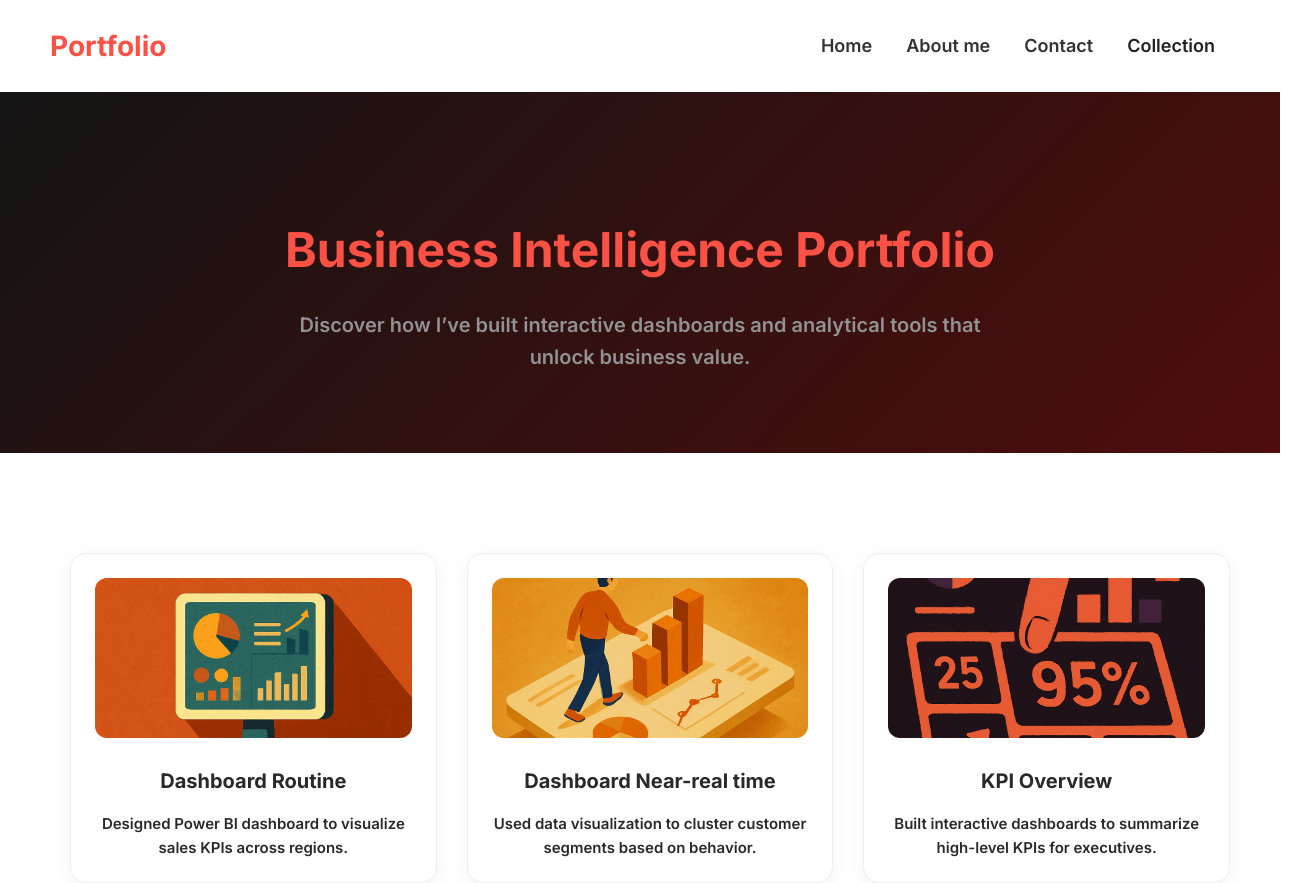
Repository: Wipas1919/Archive-portfolio
Page: projects/bi-solutions.html
These files come from the project's save history. The page is drawn as it stood at one moment and after the next save; the edit follows.
The browser window is 1280 px wide. The page is 1300 px wide, so the pictures cover 1300 px, including what lies to the right of the window. The pictures show the whole page.

Above is the page before, as saved 2025-06-01 20:59:44.

### projects/bi-solutions.html
<!-- Cleaned and updated on 2025-05-25 -->
<!DOCTYPE html>
<html lang="en">
<head>
  <meta charset="UTF-8" />
  <meta name="viewport" content="width=device-width, initial-scale=1.0"/>
  <title>Business Intelligence | Portfolio</title>
  <link href="https://fonts.googleapis.com/css2?family=Inter:wght@600;700&display=swap" rel="stylesheet">
  <link rel="stylesheet" href="../style/main.css">
  <style>
    body {
      font-family: 'Inter', sans-serif;
    }
    .cover {
      background: linear-gradient(135deg, #141414, #4f0d0d);
      padding: 80px 20px;
      text-align: center;
    }
    .cover h1 {
      font-size: 48px;
      color: #fc5246;
      margin-bottom: 20px;
    }
    .cover p {
      font-size: 20px;
      color: #929292;
      max-width: 700px;
      margin: 0 auto;
    }

    .project-cards h3 {
      text-align: center;
      font-size: 28px;
      margin-top: 60px;
      margin-bottom: 30px;
    }

    .card-grid {
      display: grid;
      grid-template-columns: repeat(auto-fit, minmax(280px, 1fr));
      gap: 30px;
      padding: 0 20px;
    }

    .card {
      display: block;
      background: #fff;
      border-radius: 16px;
      box-shadow: 0 4px 20px rgba(0, 0, 0, 0.05);
      padding: 24px;
      text-align: center;
      transition: transform 0.3s;
      text-decoration: none !important;
      color: inherit !important;
      cursor: pointer;
    }

    .card:hover {
      transform: translateY(-5px);
    }

    .card img {
      width: 100%;
      height: 160px;
      object-fit: cover;
      border-radius: 12px;
      margin-bottom: 16px;
    }

    .card h4 {
      font-size: 20px;
      margin-bottom: 8px;
      color: #222;
    }

    .card p {
      color: #666;
      font-size: 15px;
    }

    /* Remove visited/hover/focus/active styles */
    .card:visited,
    .card:hover,
    .card:focus,
    .card:active,
    .card *,
    .card *:visited,
    .card *:hover,
    .card *:focus,
    .card *:active {
      color: inherit !important;
      text-decoration: none !important;
    }

    .dropdown-wrapper {
      position: relative;
      display: inline-block;
    }

    .dropbtn {
      font-weight: 600;
      cursor: pointer;
      color: #222;
      text-decoration: none;
      margin-left: 15px;
    }

    .dropdown-content {
      display: none;
      position: absolute;
      top: 100%;
      right: 0;
      background-color: #ffffff;
      min-width: 220px;
      border-radius: 12px;
      box-shadow: 0 10px 25px rgba(0, 0, 0, 0.08);
      overflow: hidden;
      padding: 10px 0;
      z-index: 999;
    }

    .dropdown-wrapper:hover .dropdown-content {
      display: block;
    }

    .dropdown-content a {
      display: block;
      padding: 12px 20px;
      color: #222;
      text-decoration: none;
      font-size: 15px;
      transition: background-color 0.2s ease, color 0.2s ease;
    }

    .dropdown-content a:hover {
      background-color: #eaeaea;
      color: #fd3a2d;
    }
  </style>
</head>
<body>
  <div id="page-loader"><div class="spinner"></div></div>

  <header>
    <div class="container">
      <h1 class="logo" style="font-family: 'Inter', sans-serif; font-weight: 700; font-size: 28px; color: #fc5246;">Portfolio</h1>
      <nav class="nav-right">
        <a href="../index.html">Home</a>
        <a href="../index.html#about">About me</a>
        <a href="../index.html#contact">Contact</a>
        <div class="dropdown-wrapper">
          <a href="#" class="dropbtn">Collection</a>
          <div class="dropdown-content">
            <a href="data-engineer.html">Data Engineer</a>
            <a href="business-analysis.html">Business Analysis</a>
            <a href="bi-solutions.html">Business Intelligent</a>
            <a href="strategic-data.html">Data-Driven</a>
            <a href="cloud-cert.html">Certification</a>
            <a href="data-integration.html">Data Product</a>
          </div>
        </div>
      </nav>
    </div>
  </header>

  <!-- Cover / Hero Section -->
  <section class="cover">
    <h1>Business Intelligence Portfolio</h1>
    <p>Discover how I’ve built interactive dashboards and analytical tools that unlock business value.</p>
  </section>

  <!-- Project Cards Section -->
  <section class="project-cards container" id="project-cards">
    <div class="card-grid" id="card-container"></div>
  </section>

  <script>
    const cardsContainer = document.getElementById("card-container");
    const projectId = "bi-solutions";

    fetch("../data/projects.json")
      .then(res => res.json())
      .then(data => {
        const p = data[projectId];
        if (!p || !p.projects?.length) {
          cardsContainer.innerHTML = "<p>No projects found.</p>";
          return;
        }
        cardsContainer.innerHTML = p.projects.map(proj => `
          <a href="project.html?id=${proj.slug}" class="card">
            <img src="${proj.image}" alt="${proj.title}" />
            <h4>${proj.title}</h4>
            <p>${proj.description}</p>
          </a>
        `).join("");
      })
      .catch(err => {
        cardsContainer.innerHTML = "<p>Error loading data.</p>";
        console.error(err);
      });
  </script>
</body>
</html>

### style/main.css
/* ตั้งค่าพื้นฐาน */
body {
  margin: 0;
  font-family: 'Poppins', sans-serif;
  background: #ffffff;
  color: #292929;
  line-height: 1.6;
  scroll-behavior: smooth;
  user-select: none;
  -webkit-user-select: none;
  -ms-user-select: none;
}

img {
  max-width: 100%;
  height: auto;
  display: block;
}

.container {
  width: 100%;
  max-width: 1200px;
  margin: 0 auto;
  padding: 0 50px; /* เพิ่ม padding ด้านข้าง */
}

@media screen and (max-width: 767px) {
  .container { padding: 0 16px; }
  .hero h2 { font-size: 36px; }
  .hero p { font-size: 18px; }
  .card-grid { grid-template-columns: 1fr; }
  nav a { font-size: 14px; }
  .hero-content { flex-direction: column; }
  .about-image img { width: 100%; }
}

@media screen and (min-width: 768px) and (max-width: 1024px) {
  .hero h2 { font-size: 48px; }
  .card-grid { grid-template-columns: repeat(2, 1fr); }
}

@media screen and (max-width: 480px) {
  h2, .section-title { font-size: 28px; }
  .hero h2 { font-size: 28px; }
  .hero p, .section-description, .about-text p, .card p { font-size: 16px; }
  .btn { padding: 10px 20px; font-size: 16px; }
}

/* Navbar */
header {
  background: #fff;
  padding: 5px 0;
  display: flex;
  justify-content: space-between;
  align-items: center;
  border-bottom: 0px solid #eee;
  position: sticky;
  top: 0;
  z-index: 100;
}

header .container {
  display: flex;
  align-items: center;
  justify-content: space-between;
}

.logo {
  font-family: 'Poppins', serif;
  font-size: 30px;
  color: #fc5246;
}

nav a {
  margin: 0 15px;
  color: #333;
  text-decoration: none;
  font-weight: 600;
  font-size: 18px;
}

nav a:hover {
  color: #fd3a2d;
}

/* ปุ่มหลักของเมนู dropdown */
.dropdown-wrapper {
  position: relative;
  display: inline-block;
}

.dropbtn {
  font-weight: 600;
  cursor: pointer;
  color: #222;
  transition: color 0.3s ease;
}

.dropbtn:hover {
  color: #fd3a2d;
}

/* เมนูที่แสดงเมื่อ hover */
.dropdown-content {
  display: none;
  position: absolute;
  top: 100%;
  right: 0;
  background-color: #ffffff;
  min-width: 220px;
  border-radius: 12px;
  box-shadow: 0 10px 25px rgba(0, 0, 0, 0.08);
  overflow: hidden;
  padding: 10px 0;
  z-index: 999;
}

/* แสดงเมื่อ hover */
.dropdown-wrapper:hover .dropdown-content {
  display: block;
}

/* ลิงก์ใน dropdown */
.dropdown-content a {
  display: block;
  padding: 12px 20px;
  color: #222;
  text-decoration: none;
  font-size: 15px;
  transition: background-color 0.2s ease, color 0.2s ease;
}

/* Hover effect ของลิงก์ */
.dropdown-content a:hover {
  background-color: #eaeaea;
  color: #fd3a2d;
}

.hero-animation {
  margin-top: 10px;
  display: flex;
  justify-content: right;
}

/* Hero Section */
.hero {
  position: relative;
  height: 60vh;
  display: flex;
  align-items: center;
  justify-content: center;
  flex-direction: column;
  text-align: center;
  background: #151515;
  color: #ededed;
}

#hero-background {
  position: absolute;
  top: 0;
  left: 0;
  width: 100%;
  height: 100%;
  z-index: 0;
}

.hero-content {
  position: relative;
  z-index: 1;
  width: 100%;
  max-width: 1200px;
  padding-left: 5vw;
  padding-right: 5vw;
  text-align: left;
  align-items: flex-start;
}

.hero h2 {
  font-size: 60px;
  margin-bottom: 10px;
  line-height: 1.2;
  color: #ffffff;
}

.hero p {
  font-size: 30px;
  margin-bottom: 30px;
  color: #ffffff;
}

.btn, .hero .btn {
  display: inline-block;
  background: #fd3a2d;
  color: #fff;
  padding: 14px 36px;
  border-radius: 30px;
  text-decoration: none;
  font-weight: bold;
  font-size: 18px;
  transition: background 0.3s;
}

.btn:hover, .hero .btn:hover {
  background: #252525;
}

/* Sections */
section {
  padding: 100px 0;
  text-align: center;
}

/* About Section */
.about-grid {
  display: flex;
  align-items: center;
  justify-content: center;
  gap: 50px;
  flex-wrap: wrap;
}

.about-image img {
  width: 500px;
  height: auto;
  object-fit: cover;
  border-top-left-radius: 0;
  border-top-right-radius: 0;
  border-bottom-left-radius: 200px;
  border-bottom-right-radius: 200px;
}

.about-text {
  max-width: 500px;
  text-align: left;
}

.about-text h2 {
  margin-bottom: 20px;
}

.about-text p {
  font-size: 18px;
  color: #666;
}

/* Timeline */
.timeline-item {
  position: relative;
  margin-bottom: 30px;
}

.timeline-dot {
  width: 14px;
  height: 14px;
  background-color: #fd3a2d;
  border-radius: 50%;
  position: absolute;
  left: -8px;
  top: 0;
}

.timeline-content {
  margin-left: 20px;
}

.timeline-content h4 {
  margin: 0;
  font-size: 18px;
  color: #333;
  font-weight: 600;
}

.timeline-content p {
  margin: 5px 0 0;
  font-size: 16px;
  color: #666;
}

/* Projects Section */
#projects {
  margin-bottom: 10px;
}

.card-grid {
  display: grid;
  grid-template-columns: repeat(3, 1fr); /* สำคัญ: 3 คอลัมน์ */
  gap: 20px;
  margin-top: 100px;
}


.card {
  background: #ffffff;
  padding: 30px;
  border-radius: 12px;
  max-height: 280px;
  text-align: center;
  transition: box-shadow 0.3s;
  border: 1px solid #eee;
}

.card:hover {
  box-shadow: 0 8px 20px rgba(0, 0, 0, 0.1);
}

.card-icon img {
  width: 40px;
  height: 40px;
  margin-bottom: 20px;
}

.card h3 {
  font-size: 18px;
  margin-bottom: 15px;
  color: #333;
}

.card p {
  font-size: 16px;
  color: #666;
}

/* Contact Section */
.contact {
  background: rgba(255, 255, 255, 0.5); /* 1 = โปร่งแสง 50% */
  text-align: center;
}

.section-subtitle {
  text-transform: uppercase;
  font-size: 18px;
  letter-spacing: 1.5px;
  color: #4e4e4e;
  margin-bottom: 10px;
}

h2 {
  font-size: 36px;
  color: #292929
}


.section-title {
  font-size: 36px;
  margin-bottom: 10px;
  color: #2e2e2e;
}

.section-description {
  font-size: 18px;
  margin-bottom: 40px;
  color: #4e4e4e;
}

.contact-grid {
  display: grid;
  grid-template-columns: repeat(auto-fit, minmax(280px, 1fr));
  gap: 20px;
  margin-top: 40px;
}

.contact-card.glass {
  background: rgba(255, 255, 255, 0.15);
  backdrop-filter: blur(12px);
  -webkit-backdrop-filter: blur(12px);
  border-radius: 20px;
  padding: 24px;
  border: 1px solid rgba(255, 255, 255, 0.3);
  box-shadow: 0 8px 32px rgba(0, 0, 0, 0.1);
  transition: transform 0.3s ease, box-shadow 0.3s ease;
  text-align: center;
}

.contact-card.glass:hover {
  transform: scale(1.05);
  box-shadow: 0 12px 28px rgba(0, 0, 0, 0.15);
}

.contact-icon {
  display: flex;
  flex-direction: column;
  align-items: center;
  justify-content: center; /* 🔥 เพิ่มบรรทัดนี้เพื่อจัดไอคอนแนวดิ่ง */
  height: 100px; /* ✅ ปรับความสูงให้เหมาะสม */
  margin-bottom: 12px;
}


.contact-icon img {
  width: 48px;
  height: 48px;
  margin-bottom: 12px;
  transition: transform 0.3s ease;
}

.contact-card.glass:hover .contact-icon img {
  transform: scale(1.15);
}

/* Footer */
footer {
  background: #f5f5f5;
  padding: 20px 0;
  font-size: 14px;
  color: #4d4d4d;
}

.footer-container {
  display: flex;
  justify-content: space-between;
  align-items: center;
  flex-wrap: wrap;
}

.social-links {
  display: flex;
  gap: 20px;
}

.social-links a img {
  width: 30px;
  height: 30px;
  transition: transform 0.3s ease;
}

.social-links a img:hover {
  transform: scale(1.2);
}

#hero-background {
  position: absolute;
  top: 0;
  left: 0;
  height: 100%;
  width: 100%;
  z-index: 0;
  overflow: hidden;
}
.hero-content {
  position: relative;
  z-index: 1;
}

/* animation-data */
.hero-content {
  display: flex;
  justify-content: space-between;
  align-items: center;
  flex-wrap: wrap;
  gap: 40px;
}

.hero-text {
  flex: 1 1 55%;
}

.hero-animation {
  flex: 1 1 40%;
  display: flex;
  justify-content: center;
  align-items: center;
}

/* ===== Page Loader & Smooth Scroll ===== */
html{scroll-behavior:smooth;}

#page-loader{
  position:fixed;inset:0;display:grid;place-items:center;
  background:#ffffff;z-index:9999;opacity:1;
  transition:opacity .0.5s ease;
}
#page-loader .spinner{
  width:32px;height:32px;border:4px solid #e5e5e5;
  border-top-color:#ff694b;border-radius:50%;
  animation:spin .8s linear infinite;
}
@keyframes spin{to{transform:rotate(360deg)}}

body.loaded #page-loader{opacity:0;pointer-events:none;}
body.fade-out{opacity:0;transition:opacity .0.5s ease;}

@keyframes hideLoaderFallback{to{opacity:0;pointer-events:none;}}
#page-loader{animation:hideLoaderFallback 0.5s forwards 0.5s;}



/* ====  Reusable Card Component  ================================== */
.card {
  background: #ffffff;
  border: 1px solid #eee;
  border-radius: 12px;
  padding: 24px;
  text-align: center;
  box-shadow: 0 4px 12px rgba(0,0,0,.05);
  transition: transform .3s ease, box-shadow .3s ease;
}
.card:hover {
  transform: translateY(-6px);
  box-shadow: 0 12px 25px rgba(0,0,0,.1);
}

.card__icon{
  display:flex;
  flex-direction:column;
  align-items:center;
  justify-content:center;
  height:100px;
  margin-bottom:12px;
}
.card__icon img{
  width:48px;
  height:48px;
  transition: transform .3s ease;
}
.card:hover .card__icon img{
  transform:scale(1.15);
}

/* Variant – project card (clickable) */
.card--project{cursor:pointer;}

/* Variant – glassmorphism contact card */
.card--glass{
  background: rgba(255,255,255,.15);
  backdrop-filter: blur(12px);
  -webkit-backdrop-filter: blur(12px);
  border: 1px solid rgba(255,255,255,.3);
  box-shadow: 0 8px 32px rgba(0,0,0,.1);
}

/* Grids */

.card-grid--contact{
  display:grid;
  grid-template-columns: repeat(auto-fit,minmax(280px,1fr));
  gap:20px;
  margin-top:40px;
}

/* Remove legacy duplicate styles */
.contact-card, .contact-card.glass, .glass-card{
}/* project */

.project-blog {
  max-width: 800px;
  margin: 80px auto;
  padding: 0 20px;
  font-family: 'Inter', sans-serif;
}

.project-blog h1 {
  font-size: 36px;
  font-weight: 700;
  margin-bottom: 20px;
  text-align: center;
  color: #222;
}

.project-blog .tag {
  display: inline-block;
  background: #eeeeee;
  color: #333;
  padding: 6px 12px;
  margin: 0 8px 20px 0;
  border-radius: 20px;
  font-size: 14px;
}

.project-blog p {
  font-size: 18px;
  color: #444;
  line-height: 1.7;
  margin-bottom: 24px;
}

.project-blog img {
  width: 100%;
  border-radius: 10px;
  margin: 30px 0;
  box-shadow: 0 8px 30px rgba(0,0,0,0.08);
}

/* button */
.back-float-btn {
  position: fixed;
  bottom: 30px;
  left: 50%;
  transform: translateX(-50%);
  background-color: #fc5246;
  color: white;
  padding: 10px 24px;
  font-size: 14px;
  border-radius: 30px;
  box-shadow: 0 4px 16px rgba(0, 0, 0, 0.1);
  cursor: pointer;
  z-index: 9999;
  text-align: center;
  font-family: 'Inter', sans-serif;
  transition: background 0.3s ease;
  width: auto;       /* ปรับให้ขนาดพอดีกับเนื้อหา */
  max-width: 200px;  /* จำกัดไม่ให้ปุ่มกว้างเกินไป */
}

.back-float-btn:hover {
  background-color: #e6483c;
}

@media (max-width: 768px) {
  .back-float-btn {
    padding: 9px 18px;
    font-size: 13px;
    bottom: 20px;
  }
/* ===== FINAL OVERRIDE ===== */
.contact-card a {
  color: inherit !important;
  text-decoration: none !important;
}

.contact-card a:visited {
  color: inherit !important;
  text-decoration: none !important;
}

.contact-card a:hover,
.contact-card a:focus,
.contact-card a:active {
  color: inherit !important;
  text-decoration: none !important;
}

/* ===== Card grid (Projects) enforce 3-column on desktop ===== */
@media (min-width: 1024px){
  .card-grid--projects{
    grid-template-columns: repeat(3, 1fr);
  }
}
/* 2 columns on tablets */
@media (min-width: 640px) and (max-width: 1023px){
  .card-grid--projects{
    grid-template-columns: repeat(2, 1fr);
  }
}
/* 1 column on small screens (default) */
}

/* ===== DESKTOP-ONLY MODE (CSS BLOCK) =====
   Hide entire site below 1024px width and show full-screen notice
--------------------------------------------------------------- */
@media (hover: none) and (pointer: coarse){
  /* Hide all real content */
  body > * { display: none !important; }

  /* Full-screen notice */
  body::before{
    content: "This site is designed for desktop browsers only.\A Please visit on a larger screen.";
    white-space: pre-line;
    position: fixed;
    inset: 0;
    background: #ffffff;
    color: #000000;
    padding: 40px 24px;
    display: flex;
    align-items: center;
    justify-content: center;
    font-family: "Poppins", sans-serif;
    font-size: 18px;
    line-height: 1.4;
    text-align: center;
    z-index: 99999;
  }

  /* Prevent horizontal scroll */
  html, body{ overflow: hidden; }
}

.project-blog strong {
  font-size: 1.4em;   /* 110 % ของขนาดปกติในย่อหน้านั้น */
  font-weight: 800;
}

### data/projects.json
{
  "data-engineer": {
    "projects": [
      {
        "title": "End-to-End Data Engineering Journey",
        "slug": "End-to-End Data Engineering Journey",
        "description": "Full-stack ETL pipeline implementation",
        "image": "/images/data-engineers.jpg"
      },
      {
        "title": "End-to-End Data Infrastructure Planning",
        "slug": "End-to-End Data Infrastructure Planning",
        "description": "Process Design Fundamental",
        "image": "/images/data-foundamatal.jpg"
      },
      {
        "title": "Data Governance",
        "slug": "Data Governance",
        "description": "Designing and implementing a hybrid data governance framework",
        "image": "/images/data-governance.jpg"
      }
    ]
  },
  "business-analysis": {
    "title": "Business Analysis",
    "description": "Transform data into insights for decision-making.",
    "image": "../images/ba.svg",
    "overview": "Analyzed survey and operational data to support marketing strategy.",
    "contributions": [
      "Designed data collection forms",
      "Used SQL & Power BI for analysis",
      "Presented insights to leadership"
    ],
    "tools": [
      "Excel",
      "SQL",
      "Power BI",
      "Survey Analysis"
    ],
    "impact": "Helped increase campaign engagement by 30%",
    "projects": [
      {
        "title": "post-event analysis",
        "slug": "post-event analysis",
        "description": "Built interactive dashboards to monitor sentiment trends.",
        "image": "/images/post-event.png"
      },
      {
        "title": "New insights are cooking",
        "slug": "campaign-performance-analysis",
        "description": "preparing something worth the wait.",
        "image": "/images/upcoming-cover.png"
      },
      {
        "title": "New insights are cooking",
        "slug": "operational-kpi-tracking",
        "description": "preparing something worth the wait.",
        "image": "/images/upcoming-cover.png"
      }
    ]
  },
  "bi-solutions": {
    "title": "Business Intelligent",
    "projects": [
      {
        "title": "Dashboard Routine",
        "description": "Designed Power BI dashboard to visualize sales KPIs across regions.",
        "image": "/images/bi-routine-1.png",
        "slug": "bi-sales-performance"
      },
      {
        "title": "Dashboard Near-real time",
        "description": "Used data visualization to cluster customer segments based on behavior.",
        "image": "/images/bi-routine-2.png",
        "slug": "bi-customer-segmentation"
      },
      {
        "title": "KPI Overview",
        "description": "Built interactive dashboards to summarize high-level KPIs for executives.",
        "image": "/images/bi-routine-3.png",
        "slug": "bi-kpi-overview"
      }
    ]
  },
  "strategic-data": {
    "title": "Data-Driven",
    "projects": [
      {
        "title": "Assistant Speaker Trend Technoligies ",
        "description": "Developed a data-driven framework to analyze campaign performance across channels.",
        "image": "/images/bi-routine-4.jpg",
        "slug": "marketing-insight-framework"
      },
      {
        "title": "Power BI Training",
        "description": "Created visualizations from IoT sensor data to optimize event space usage.",
        "image": "/images/bi-routine-5.jpg",
        "slug": "event-analytics-dashboard"
      },
      {
        "title": "Coming Soon!",
        "description": "Designed end-to-end system for converting analytics into automated decisions.",
        "image": "/images/upcoming-cover.png",
        "slug": "decision-intelligence-system"
      }
    ]
  },
  "data-integration": {
    "title": "Data Product",
    "projects": [
      {
        "title": "Chat AI for web-event",
        "description": "Built backend pipeline to integrate chatbot logs into Datamart for insights.",
        "image": "/images/bi-routine-6.png",
        "slug": "chatbot-analytics-pipeline"
      },
      {
        "title": "Hr Recuddtor Macthing",
        "description": "Created dynamic reporting tool from MySQL and PostgreSQL for internal teams.",
        "image": "/images/upcoming-cover.png",
        "slug": "self-service-report-generator"
      },
      {
        "title": "Comming Soon!",
        "description": "Aggregated customer voice data into a single source for product decisions.",
        "image": "/images/upcoming-cover.png",
        "slug": "customer-feedback-hub"
      }
    ]
  },
  "cloud-cert": {
  "title": "Certification",
  "projects": [
    {
      "title": "Comming Soon!",
      "description": "Demonstrated foundational knowledge of GCP services and architecture.",
      "image": "/images/upcoming-cover.png",
      "slug": "gcp-certification"
    },
    {
      "title": "Comming Soon!",
      "description": "Comming Soon!",
      "image": "/images/upcoming-cover.png",
      "slug": "aws-certification"
    },
    {
      "title": "Comming Soon!",
      "description": "Comming Soon!",
      "image": "/images/upcoming-cover.png",
      "slug": "azure-certification"
    }
  ]
}
}

After the next save:
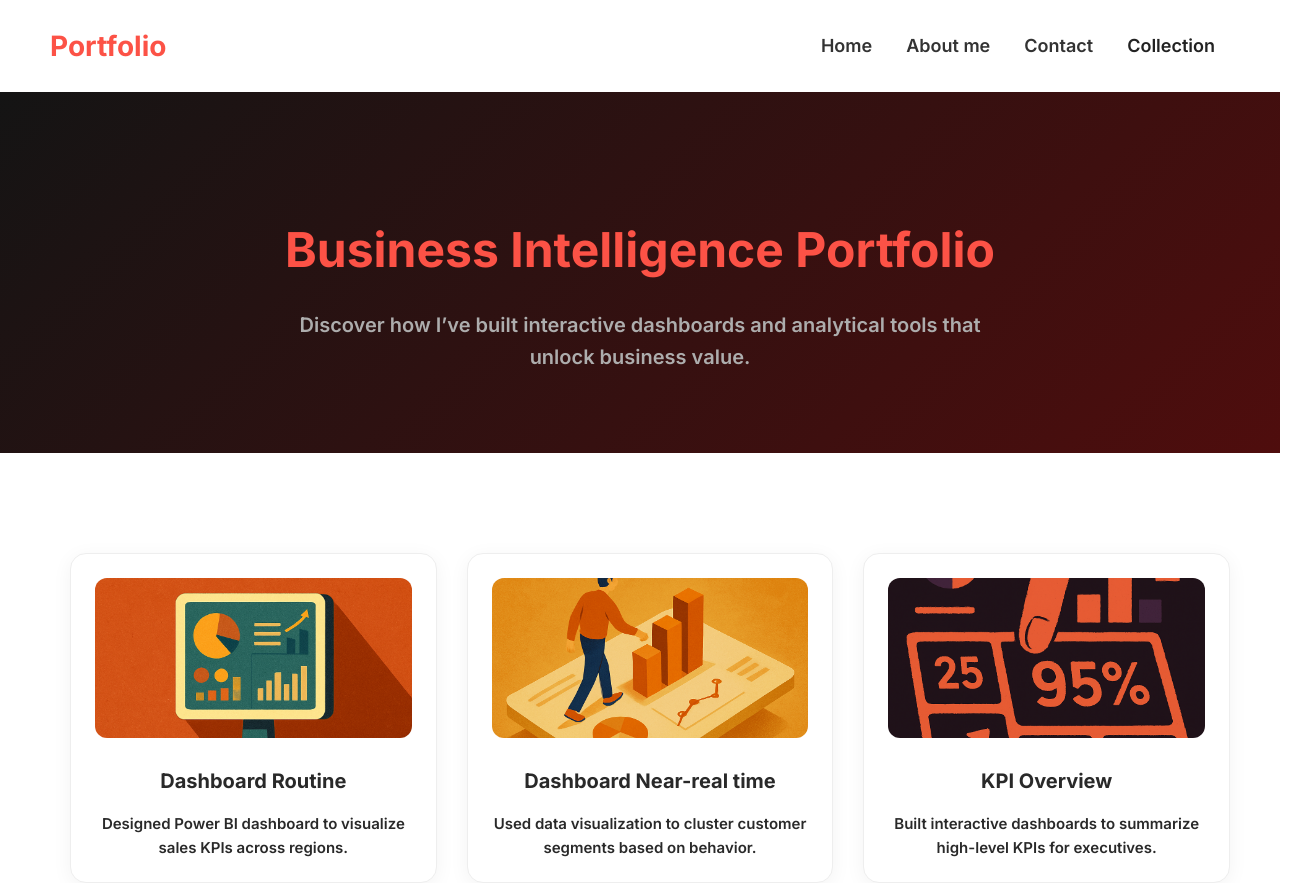
Saved 5 s later.
--- a/projects/bi-solutions.html
+++ b/projects/bi-solutions.html
@@ -23,7 +23,7 @@
     }
     .cover p {
       font-size: 20px;
-      color: #929292;
+      color: #adadad;
       max-width: 700px;
       margin: 0 auto;
     }
